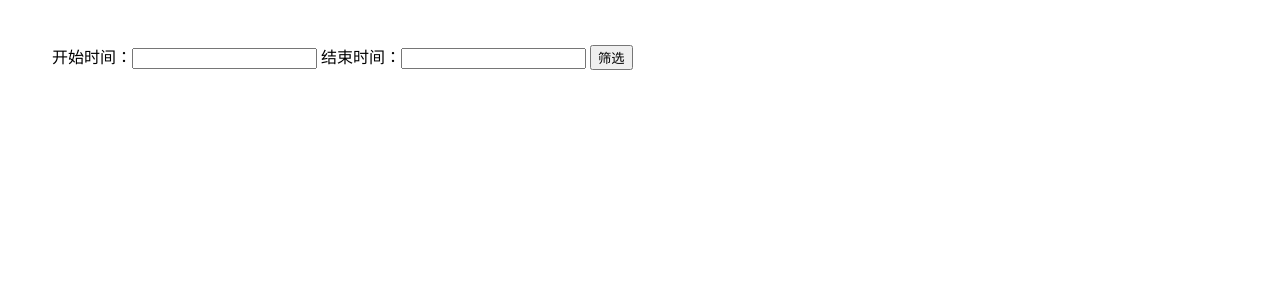
Repository: ruanhuabin/IntelliEyeShade
Page: http://localhost/IntelliEyeShade/statistics/statistics_filter.jsp
The author's editor kept a copy of each file at every save. The page is drawn from the files as they stood at one save, then again after a run of saves.
The browser window is 1280 px wide. The pictures show the whole page.
The page is served by Tomcat 9. Nobody is signed in. The application's start-up code is not run.

Above is the page before, as saved 2016-11-22 02:48:28.

After the next 2 saves:
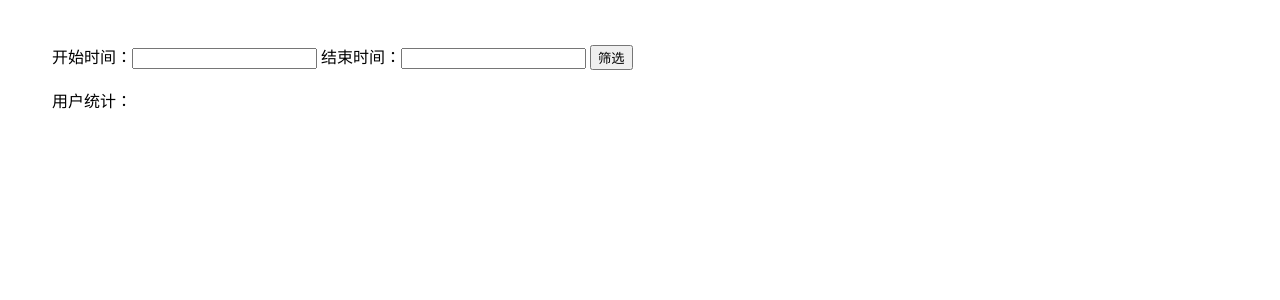
The 2 saves are shown as one change because they came seconds apart.
The last was saved 32 s later.
--- a/IntelliEyeShade/WebRoot/statistics/statistics_filter.jsp
+++ b/IntelliEyeShade/WebRoot/statistics/statistics_filter.jsp
@@ -99,7 +99,7 @@ function getSelectFilter(sel)
 </div>
 
 <div style="width:600px; display:inline-block;">
-
+<label>用户统计：</label>
 </div>
 
 
